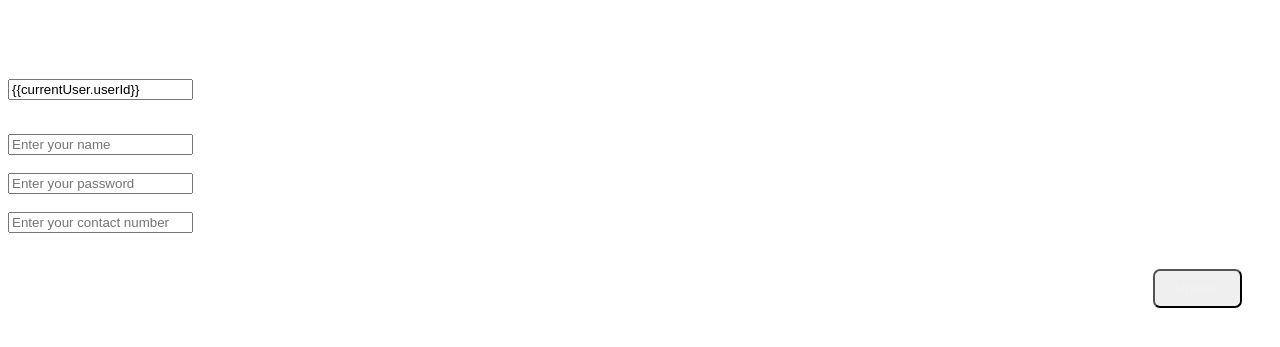
Repository: shailaja1601/collaborative_project
Page: CollabarationFrontEnd/WebContent/user/my_profile.html
An editor plug-in stored every save of this project. The page is shown before and after the next save, followed by the edit.
The browser window is 1280 px wide. The pictures show the whole page.

Above is the page before, as saved 2017-02-03 11:28:04.

### CollabarationFrontEnd/WebContent/user/my_profile.html
<head>
<style>

h3,label{
color:white;
}

.panel-body{
margin-top:20px;
 border-radius: 20px;
background-color:rgba(255,255,255,0.1);
}

 .btn {
      padding: 10px 20px;
      color: #f1f1f1;
      border-radius: 7px;
      transition: .2s;
      float:right;
      margin-right:30px;
  }
  .btn:hover, .btn:focus {
      border: 1px solid #333;
      background-color: #66CDAA;
      color: #000;
  }
</style>
</head>
<body>
	<div data-ng-controller="UserController as ctrl">
<div class="col-md-6 col-md-offset-3">
			<div class="panel panel-body">

					<h3>My Profile </h3>

				<div class="formcontainer">
					<form data-ng-submit="ctrl.updateUser()" name="myForm" class="form-horizontal">


							<div class="form-group col-md-12">
								<label class="col-sm-2 control-lable" for="userId">ID</label>
								<div class="col-md-10">
								<!-- data-ng-bind="ctrl.user.userId" -->
									<input type="text"  value={{currentUser.userId}} data-ng-model="ctrl.user.userId" id="userId"
										class="userid form-control input-sm"
										placeholder="Enter your ID" required data-ng-minlength="3" />
								</div>

						</div>

                           <!-- <div class="form-group col-md-12">
								<label class="col-sm-2 control-lable" for="role">Role</label>
								<div class="col-md-10">  value= {{currentUser.role}}
									<input type="text"   data-ng-bind="ctrl.user.role" data-ng-model="ctrl.user.role" id="role"
										class="userid form-control input-sm"
										required
       data-ng-disabled="true" />
								</div> -->

						</div>



							<div class="form-group col-md-12">
								<label class="col-sm-2 control-lable" for="name">Name</label>
								<div class="col-md-10">   <!-- value= {{currentUser.name}}  -->
									<input type="text"  data-ng-bind="ctrl.user.name" data-ng-model="ctrl.user.name" id="name"
										class="username form-control input-sm"
										placeholder="Enter your name" required data-ng-minlength="3" />
								</div>
							</div>



							<div class="form-group col-md-12">
								<label class="col-sm-2 control-lable" for="password">Password</label>
								<div class="col-md-10">  <!-- value= {{currentUser.password}} -->
									<input type="password"  data-ng-bind="ctrl.user.password" data-ng-model="ctrl.user.password"
										id="password" class="username form-control input-sm"
										placeholder="Enter your password" required data-ng-minlength="3" />
								</div>
							</div>




							<!-- <div class="form-group col-md-12">
								<label class="col-sm-2 control-lable" for="mailID">Email</label>
								<div class="col-md-10">  value= {{currentUser.mailID}}
									<input type="email"  data-ng-bind="ctrl.user.mailID" data-ng-model="ctrl.user.mailID" id="mailID"
										class="email form-control input-sm"
										placeholder="Enter your Email" required />

								</div>
							</div>
						 -->
							<div class="form-group col-md-12">
								<label class="col-sm-2 control-lable" for="mobile">Mobile</label>
								<div class="col-md-10">  <!-- value= {{currentUser.mobile}} -->
									<input type="tel"  data-ng-bind="ctrl.user.mobile" data-ng-model="ctrl.user.mobile" id="mobile"
										class="mobile form-control input-sm"
										placeholder="Enter your contact number" required />

								</div>
							</div>

							<!--  <div class="form-group col-md-12">
								<label class="col-sm-2 control-lable" for="address">Address</label>
								<div class="col-md-10">  value= {{currentUser.address}}
									<input type="text"   width="100" height="50"
									  data-ng-model="ctrl.user.address"
										data-ng-bind="ctrl.user.address" id="address"
										class="form-control input-sm"
										placeholder="Enter your Address." />
								</div>  -->
							</div>
						<br><br>
						<div class="form-actions">
					<button class="btn btn-primary" type="submit">
						<i class="fa fa-user-circle"
							style="font-size: 17px;"></i> <b>Update</b>
					</button>
							</div>
							</form>
					</div>
				</div>
			</div>
</div>





</body>

After the next save:
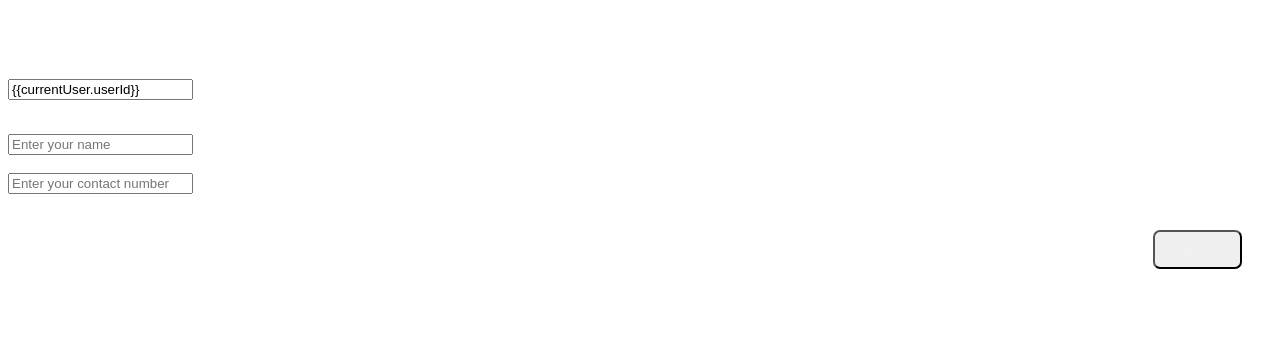
Saved 13 s later.
--- a/CollabarationFrontEnd/WebContent/user/my_profile.html
+++ b/CollabarationFrontEnd/WebContent/user/my_profile.html
@@ -72,14 +72,14 @@ background-color:rgba(255,255,255,0.1);
 
 
 
-							<div class="form-group col-md-12">
+							<!-- <div class="form-group col-md-12">
 								<label class="col-sm-2 control-lable" for="password">Password</label>
-								<div class="col-md-10">  <!-- value= {{currentUser.password}} -->
+								<div class="col-md-10">  value= {{currentUser.password}}
 									<input type="password"  data-ng-bind="ctrl.user.password" data-ng-model="ctrl.user.password"
 										id="password" class="username form-control input-sm"
 										placeholder="Enter your password" required data-ng-minlength="3" />
 								</div>
-							</div>
+							</div> -->
 
 
 
